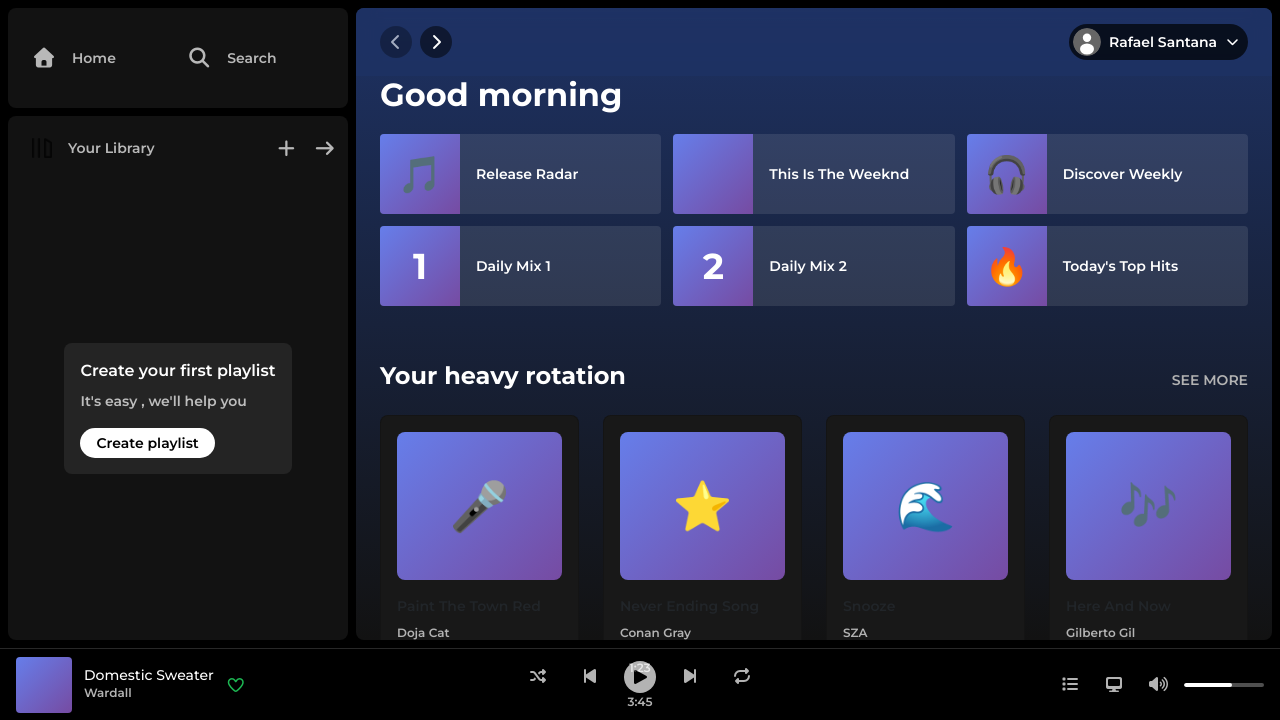
Repository: ketanBisht/spotifyFrontEnd
Page: index.html
The author's editor kept a copy of each file at every save. The page is drawn from the files as they stood at one save, then again after the next save.
The browser window is 1280 px wide. The pictures show the whole page.
An inner scrolling area shows only its first screen. Some web fonts or font styles are not loaded; a fallback is used. Some web libraries are served in a nearby version.

Above is the page before, as saved 2025-08-25 23:01:06.

After the next save:
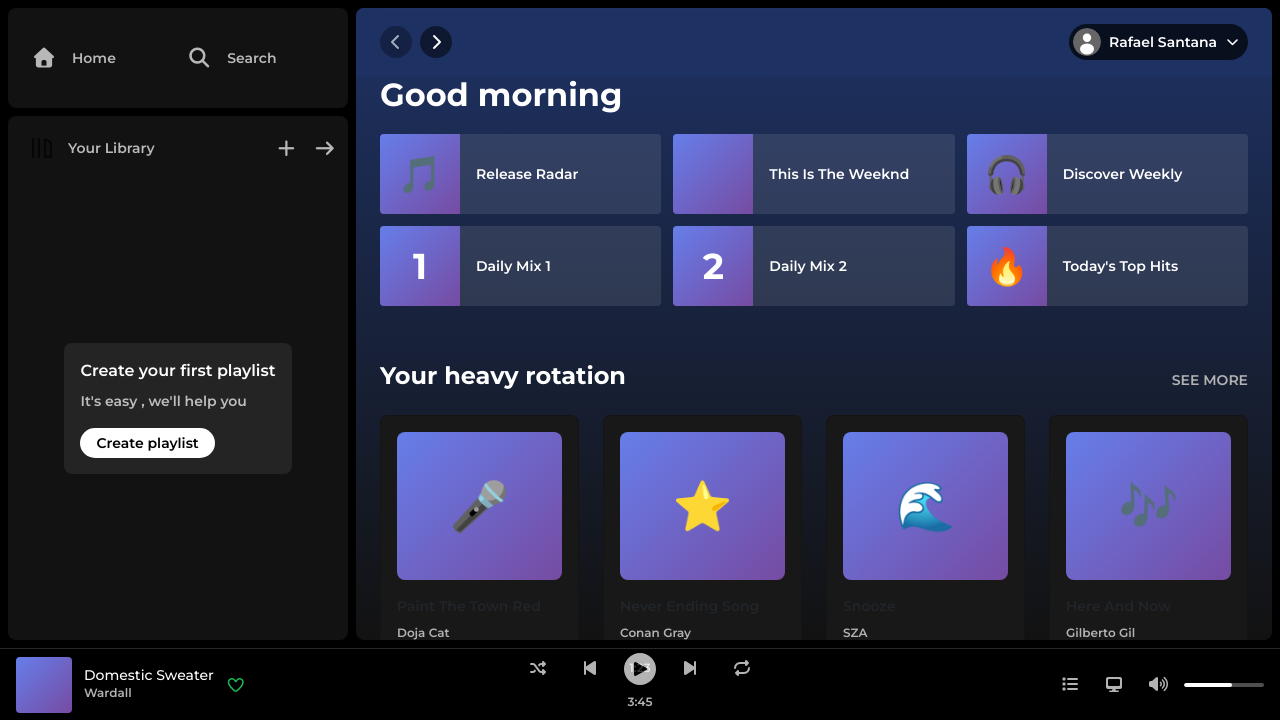
Saved 10 s later.
--- a/try.css
+++ b/try.css
@@ -618,7 +618,7 @@
             gap: 16px;
             align-items: center;
             position: fixed;
-            margin-bottom: 1rem;
+            margin-bottom: 2rem;
         }
 
         .control-btn{
